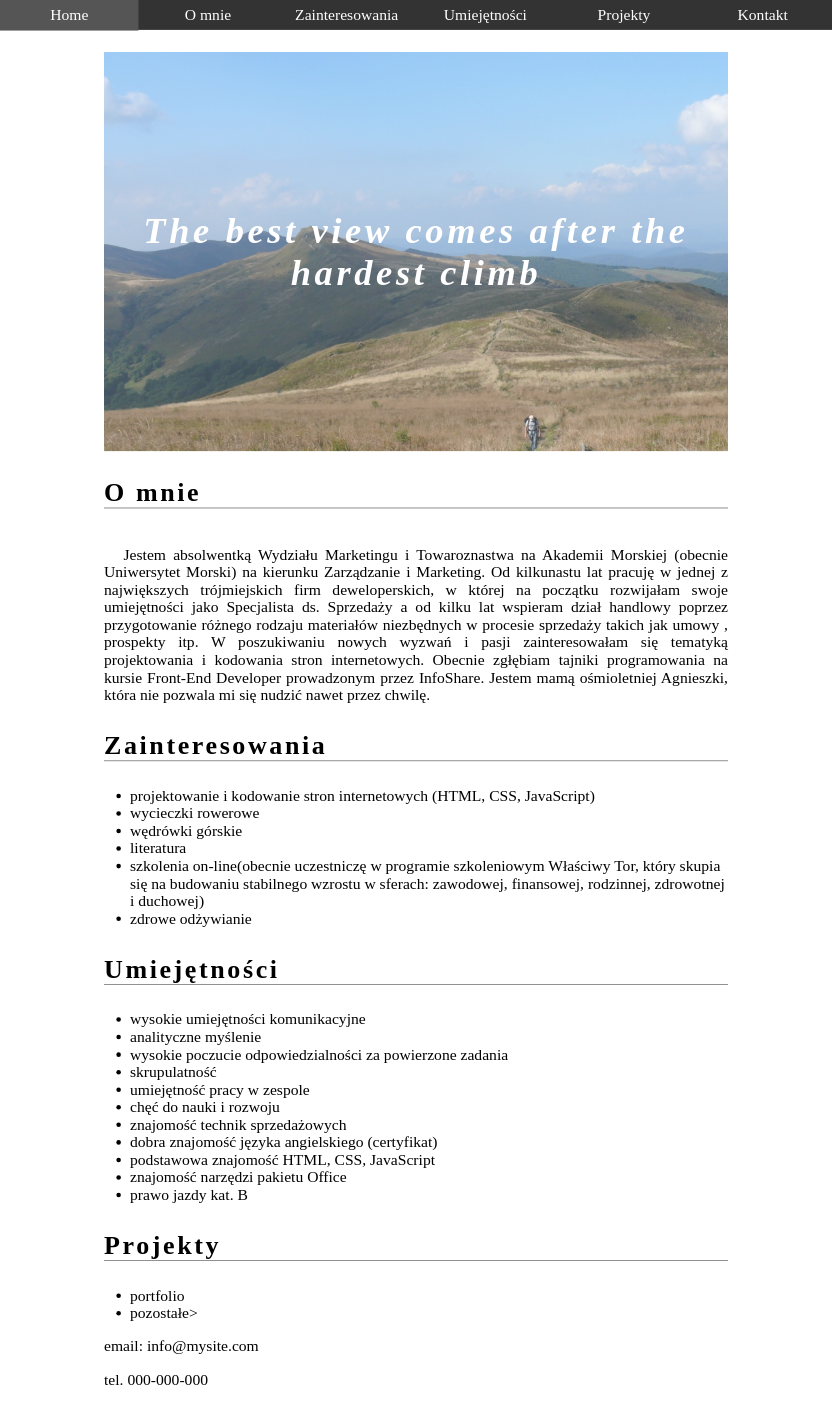
Repository: MagJaw/portfolio
Page: portfolio.html
An editor plug-in stored every save of this project. The page is shown before and after the next save, followed by the edit.
The browser window is 1280 px wide. The pictures show the whole page, at 65% of full size.

Above is the page before, as saved 2018-11-12 18:44:55.

### portfolio.html
<!DOCTYPE html>
<html lang="pl">
<head>
    <meta charset="UTF-8">
    <meta name="viewport" content="width=device-width, initial-scale=1.0">
    <meta http-equiv="X-UA-Compatible" content="ie=edge">
    <link rel="stylesheet" href="main.css">
    <title>Portfolio</title>
</head>
<body>
    <div id="wrapper">
        <nav role="navigation"class="menu__container">
            <ul class="menu">
                <li class="menu__section">
                    <a href="#section1">Home</a>
                </li>
                <li class="menu__section">
                    <a href="#section2">O mnie</a>
                </li>
                <li class="menu__section">
                    <a href="#section3">Zainteresowania</a>
                </li>
                <li class="menu__section">
                    <a href="#section4">Umiejętności</a>
                </li>
                <li class="menu__section">
                    <a href="#section5">Projekty</a>
                </li>
                <li class="menu__section">
                    <a href="#section6">Kontakt</a>
                </li>
            </ul>
        </nav>
        <div class="motto__container">
            <blockquote id="quote"><b>The best view comes after the hardest climb</b></blockquote>
        </div>

        <div>
            <span id="section2"></span>
            <h1 class="header__section">O mnie</h1>
            <img src="" class="my__photo">
            <p id="history"> Jestem absolwentką Wydziału Marketingu i Towaroznastwa na Akademii Morskiej (obecnie Uniwersytet Morski) na kierunku Zarządzanie i Marketing. Od kilkunastu lat pracuję w jednej z największych trójmiejskich firm deweloperskich, w której na początku rozwijałam swoje umiejętności jako Specjalista ds. Sprzedaży a od kilku lat wspieram dział handlowy poprzez przygotowanie różnego rodzaju materiałów niezbędnych w procesie sprzedaży takich jak umowy , prospekty itp. W poszukiwaniu nowych wyzwań i pasji zainteresowałam się tematyką projektowania i kodowania stron internetowych. Obecnie zgłębiam tajniki programowania na kursie Front-End Developer prowadzonym przez InfoShare. Jestem mamą ośmioletniej Agnieszki, która nie pozwala mi się nudzić nawet przez chwilę.</p>
        </div>
        <div id="section3">
            <h1 class="header__section">Zainteresowania</h1>
            <ul>
                <li>projektowanie i kodowanie stron internetowych (HTML, CSS, JavaScript)</li>
                <li>wycieczki rowerowe</li>
                <li>wędrówki górskie</li>
                <li>literatura</li>
                <li>szkolenia on-line(obecnie uczestniczę w programie szkoleniowym Właściwy Tor, który skupia się na budowaniu stabilnego wzrostu w sferach: zawodowej, finansowej, rodzinnej, zdrowotnej i duchowej)</li>
                <li>zdrowe odżywianie</li>
            </ul>
        </div>
        <div id="section4">
            <h1 class="header__section">Umiejętności</h1>
            <ul>
                <li>wysokie umiejętności komunikacyjne</li>
                <li>analityczne myślenie</li>
                <li>wysokie poczucie odpowiedzialności za powierzone zadania</li>
                <li>skrupulatność</li>
                <li>umiejętność pracy w zespole</li>
                <li>chęć do nauki i rozwoju</li>
                <li>znajomość technik sprzedażowych</li>
                <li>dobra znajomość języka angielskiego (certyfikat)</li>
                <li>podstawowa znajomość HTML, CSS, JavaScript</li>
                <li>znajomość narzędzi pakietu Office</li>
                <li>prawo jazdy kat. B</li>
            </ul>
        </div>
        <div id="section5">
            <h1 class="header__section">Projekty</h1>
            <ul>
                <li>portfolio</li>
                <li>pozostałe></li>
            </ul>
        </div>
        <div id="section6">
            <p>email: info@mysite.com</p>
            <p>tel. 000-000-000</p>
        </div>
    </div>
</body>
</html>

### main.css
html {
    font-size: 16px;
    scroll-behavior: smooth;
  }

#wrapper {
    width: 100%;
    max-width: 960px;
    margin: 0 auto;
}

.menu__container {
background:  #333;
}

.menu {
    list-style-type: none;
    padding: 0;
    margin: 0;
}

.menu__container a {
    text-decoration: none;
    text-align: center;
    color: #fff;
    display: block;
    padding: 10px;
}

.menu__container a:hover {
background-color: #555;
}

.motto__container {
width: 100%;
height: 48vw;
background-image: url(tapeta.jpg);
background-color: #555;
opacity: 0.8;
display: table;
}

#quote {
font-size: 3.5em;
letter-spacing: 0.1em;
font-style: italic;
color: #fff;
text-align: center;
vertical-align: middle;
display: table-cell;
margin: 0;
}

p, li {
font-size: 1.5em;
}

.header__section {
font-size: 2.5em;
letter-spacing: 0.1em;
border-bottom: 1px solid #555;
margin-top: 1em;
margin-bottom: 1em;
}

#history {
margin: 0;
text-indent: 30px;
text-align: justify;
}

#section2 {
padding-top: 46px;
}

@media screen and (max-width: 767px){
#quote {
font-size: 2em;
}
}

@media screen and (min-width: 768px){

.menu {
display: flex;
}

.menu__section {
flex: 1 1 0;
}

.menu__container {
    background:  #333;
    z-index: 1;
    top: 0;
    left: 0;
    right: 0;
    height: 46px;
    position: fixed;
    }

.motto__container {
margin-top: 80px;
}

/*.header__section {
    margin-top: 46px;
    }
}*/

@media screen and (min-width: 1700px){
    .motto__container {

    height: 24vw;
    }

After the next save:
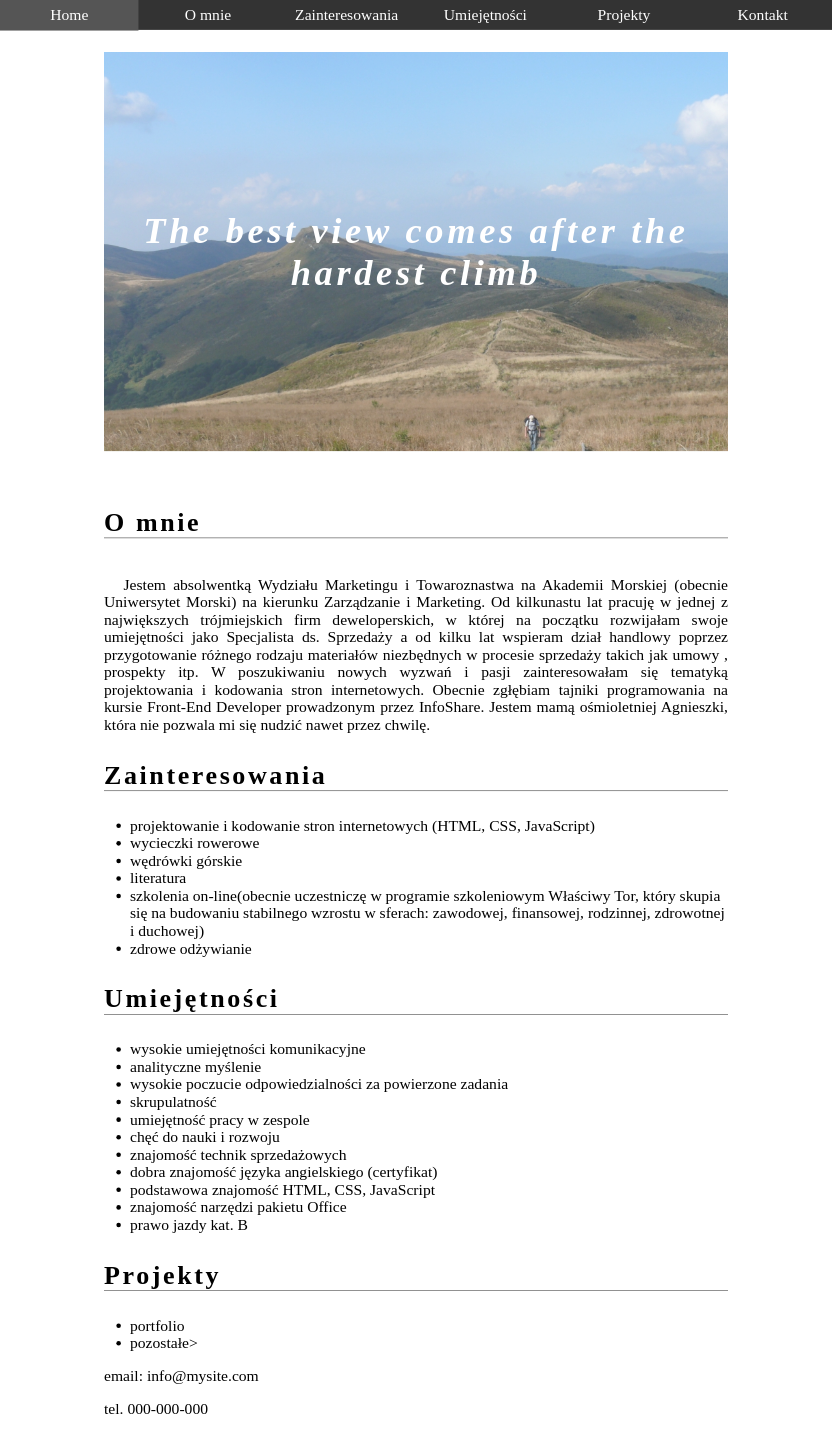
Saved 80 s later.
--- a/portfolio.html
+++ b/portfolio.html
@@ -35,8 +35,7 @@
             <blockquote id="quote"><b>The best view comes after the hardest climb</b></blockquote>
         </div>
 
-        <div>
-            <span id="section2"></span>
+        <div id="section2">
             <h1 class="header__section">O mnie</h1>
             <img src="" class="my__photo">
             <p id="history"> Jestem absolwentką Wydziału Marketingu i Towaroznastwa na Akademii Morskiej (obecnie Uniwersytet Morski) na kierunku Zarządzanie i Marketing. Od kilkunastu lat pracuję w jednej z największych trójmiejskich firm deweloperskich, w której na początku rozwijałam swoje umiejętności jako Specjalista ds. Sprzedaży a od kilku lat wspieram dział handlowy poprzez przygotowanie różnego rodzaju materiałów niezbędnych w procesie sprzedaży takich jak umowy , prospekty itp. W poszukiwaniu nowych wyzwań i pasji zainteresowałam się tematyką projektowania i kodowania stron internetowych. Obecnie zgłębiam tajniki programowania na kursie Front-End Developer prowadzonym przez InfoShare. Jestem mamą ośmioletniej Agnieszki, która nie pozwala mi się nudzić nawet przez chwilę.</p>

After the save that followed:
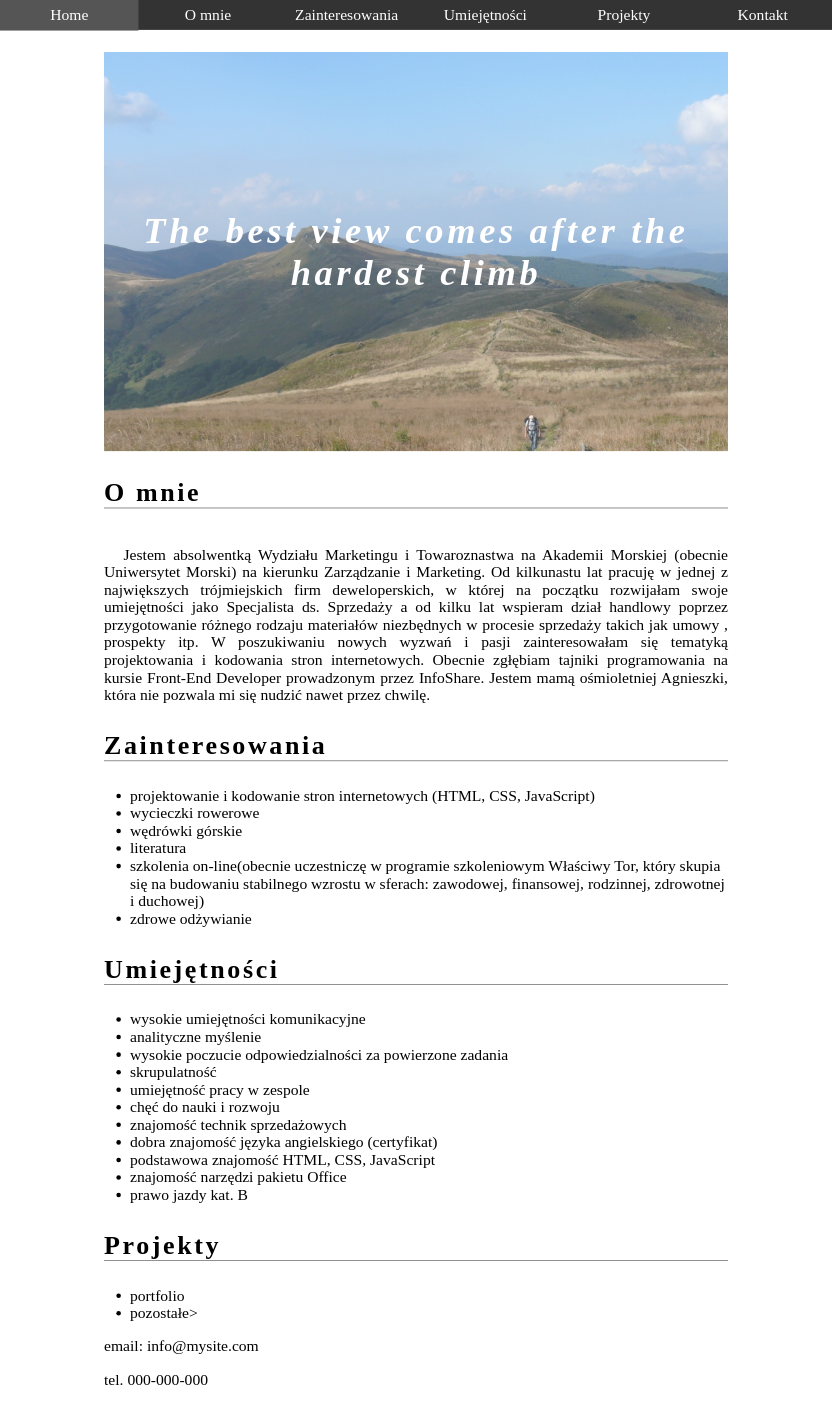
Saved 17 s later.
--- a/main.css
+++ b/main.css
@@ -69,10 +69,6 @@ text-indent: 30px;
 text-align: justify;
 }
 
-#section2 {
-padding-top: 46px;
-}
-
 @media screen and (max-width: 767px){
 #quote {
 font-size: 2em;
